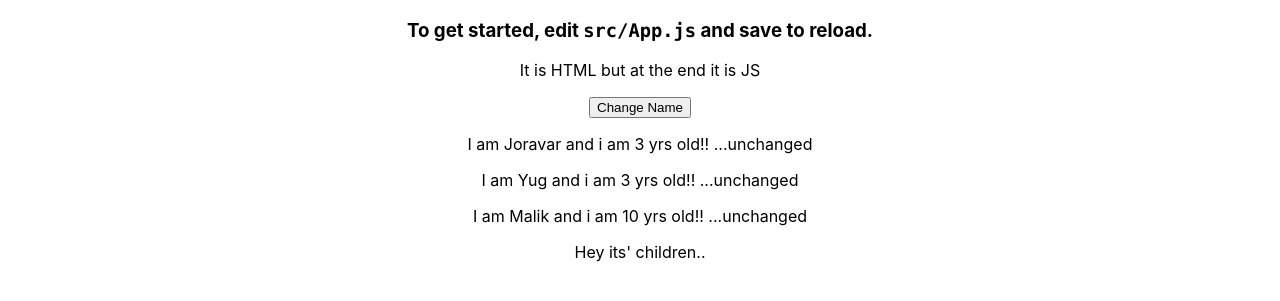
Repository: RohitMalik2/Rohit_react
Page: /, after clicking the first element matching `button`
These files come from the project's save history. The page is drawn as it stood at one moment and after the next save; the edit follows.
The browser window is 1280 px wide. The pictures show the whole page.
The project was rebuilt for these pictures with package versions that can differ from the ones it lists, and the page was loaded fresh each time.

Above is the page before, as saved 2019-10-24 13:58:58.

After the next save:
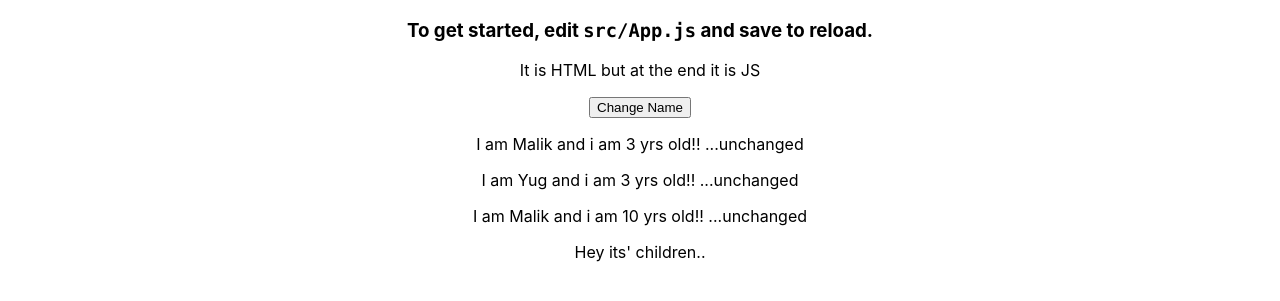
Saved 3 h 14 min later.
--- a/src/App.js
+++ b/src/App.js
@@ -14,11 +14,11 @@ const app = (props) => {
 
   const [otherState, setOtherState] = useState('other value');
   console.log(personsState, otherState)
-  const changeNameHandler = () => {
+  const changeNameHandler = (newName) => {
     console.log('name changed');
     setPersonsState({
       persons: [
-        { name: 'Joravar', age: 3 },
+        { name: newName, age: 3 },
         { name: 'Yug', age: 3 }
       ]/* ,
       otherState: personsState.otherState */
@@ -31,8 +31,8 @@ const app = (props) => {
         To get started, edit <code>src/App.js</code> and save to reload.
         </h3>
       <p> It is HTML but at the end it is JS</p>
-      <button onClick={changeNameHandler}>Change Name</button>
-      <Person name={personsState.persons[0].name} age={personsState.persons[0].age} other={personsState.otherState} />
+      <button onClick={changeNameHandler.bind(this, 'Malik')}>Change Name</button>
+      <Person click={changeNameHandler.bind(this, 'Rohit')} name={personsState.persons[0].name} age={personsState.persons[0].age} other={personsState.otherState} />
       <Person name={personsState.persons[1].name} age={personsState.persons[1].age} />
       <Person name="Malik" age="10">Hey its' children..</Person>
     </div>
